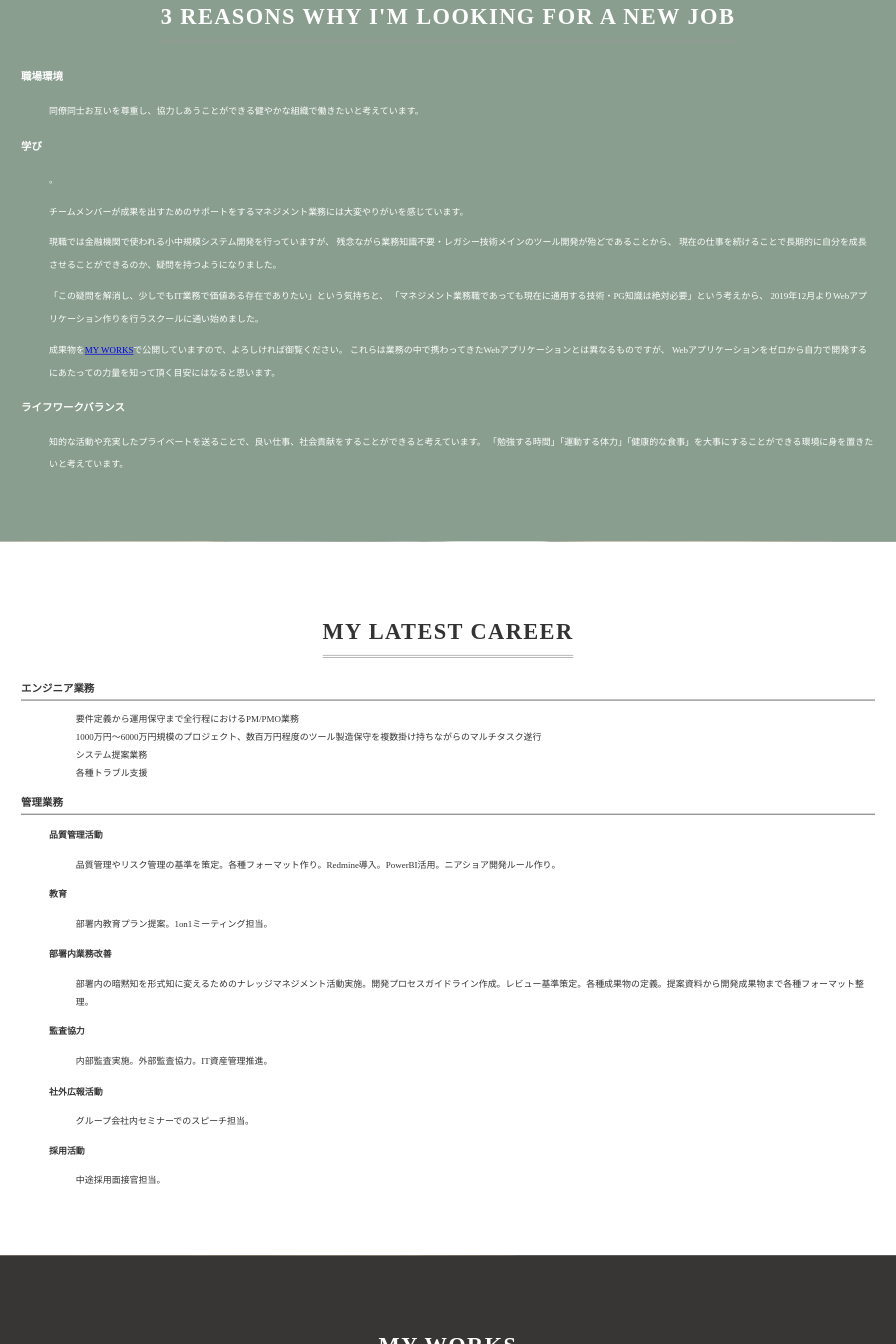
Repository: dackelteckel/myworks
Page: index.html
The author's editor kept a record of every edit. The page is drawn from the files as they stood at one moment, then again after the next edit.
The browser window is 1280 px wide. The pictures show the part of the page from y = 762 to 2682 px (the page is 3275 px tall before and 3262 px after), at 70% of full size.
Backgrounds fixed to the window are drawn as part of the page.

Above is the page before.

After the next edit:
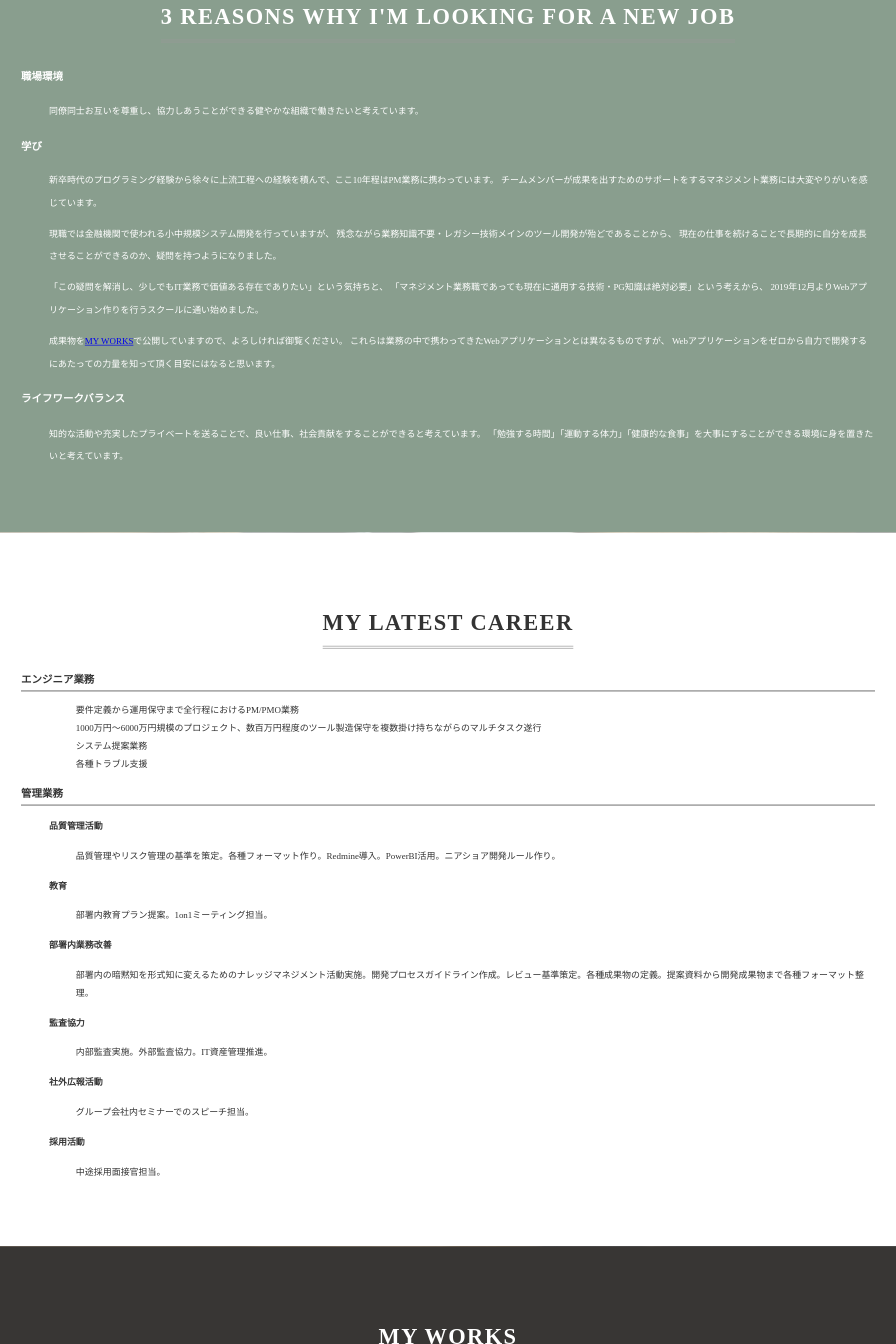
The edit:
--- a/index.html
+++ b/index.html
@@ -78,9 +78,7 @@
       <ul>
         <li>
           <p>
-            。
-          </p>
-          <p>
+            新卒時代のプログラミング経験から徐々に上流工程への経験を積んで、ここ10年程はPM業務に携わっています。
             チームメンバーが成果を出すためのサポートをするマネジメント業務には大変やりがいを感じています。
           </p>
           <p>
